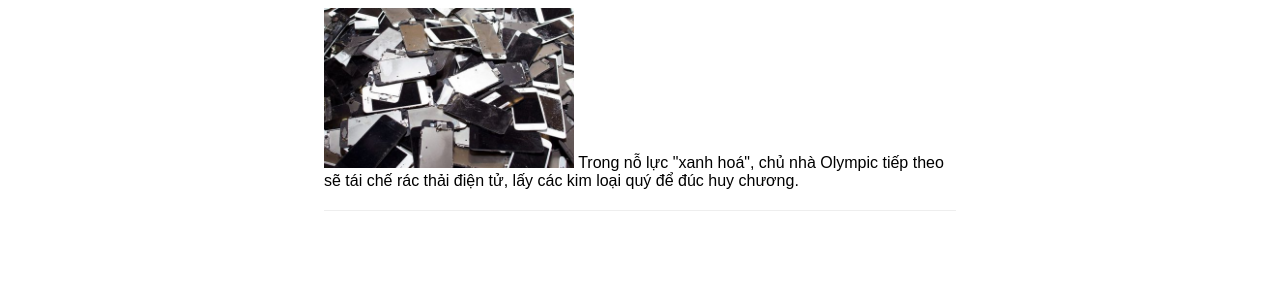
Repository: tuiladev/TKW
Page: CSS/Bai2/index.html
These files come from the project's save history. The page is drawn as it stood at one moment and after a run of saves; the edit follows.
The browser window is 1280 px wide. The pictures show the whole page.

Above is the page before, as saved 2022-04-05 23:29:15.

After the next 4 saves:
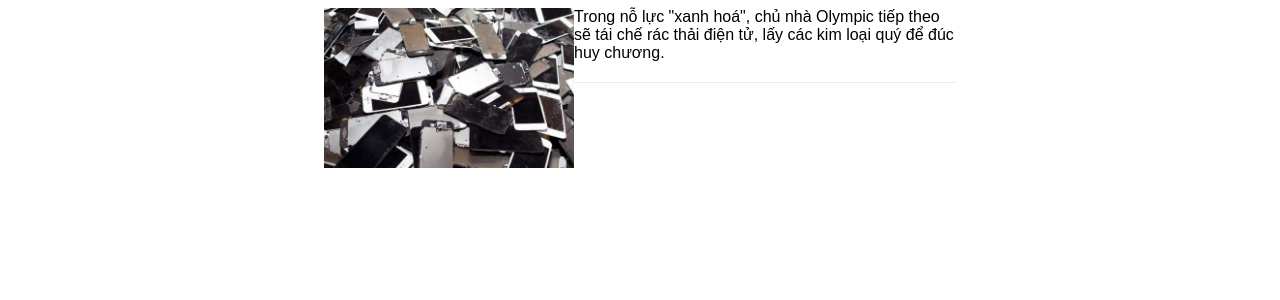
The 4 saves are shown as one change because they came seconds apart.
The last was saved 30 s later.
--- a/CSS/Bai2/index.html
+++ b/CSS/Bai2/index.html
@@ -7,8 +7,9 @@
    </head>
    <body>
       <div class="news">
-         <img src="./images/anh1.jpg" alt="" class="news__img" />
-         Trong nỗ lực "xanh hoá", chủ nhà Olympic tiếp theo sẽ tái chế rác thải điện tử, lấy các kim loại quý để đúc huy chương.
+         <img src="./images/anh1.jpg" alt="" class="news__img" align="left" />
+         Trong nỗ lực "xanh hoá", chủ nhà Olympic tiếp theo sẽ tái chế rác thải điện tử, lấy các kim
+         loại quý để đúc huy chương.
       </div>
    </body>
 </html>
